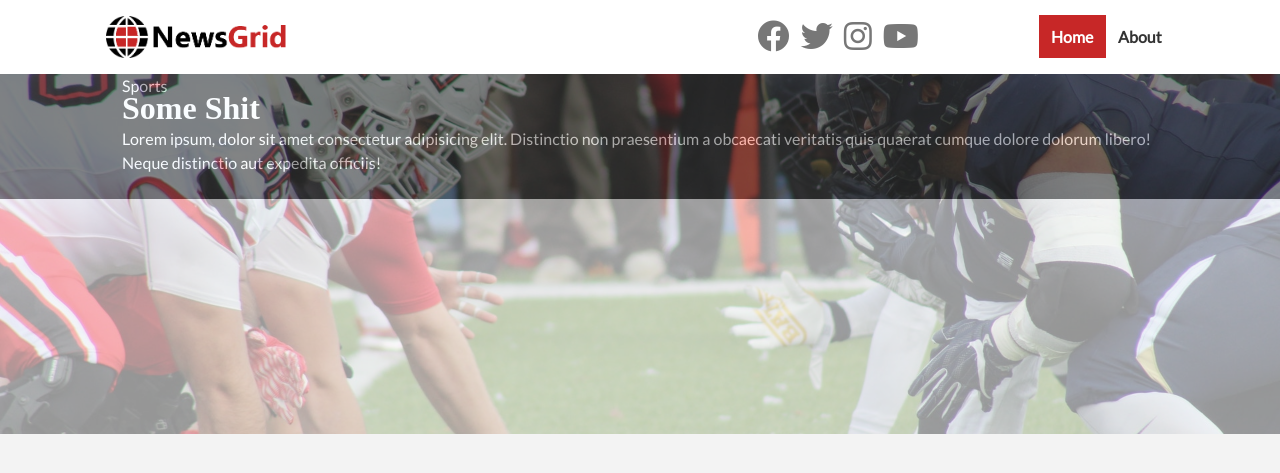
Repository: EswinGiova/NewsGrid
Page: index.html
An editor plug-in stored every save of this project. The page is shown before and after the next save, followed by the edit.
The browser window is 1280 px wide. The pictures show the whole page.
Some web libraries are served in a nearby version.

Above is the page before, as saved 2020-09-19 20:03:44.

After the next save:
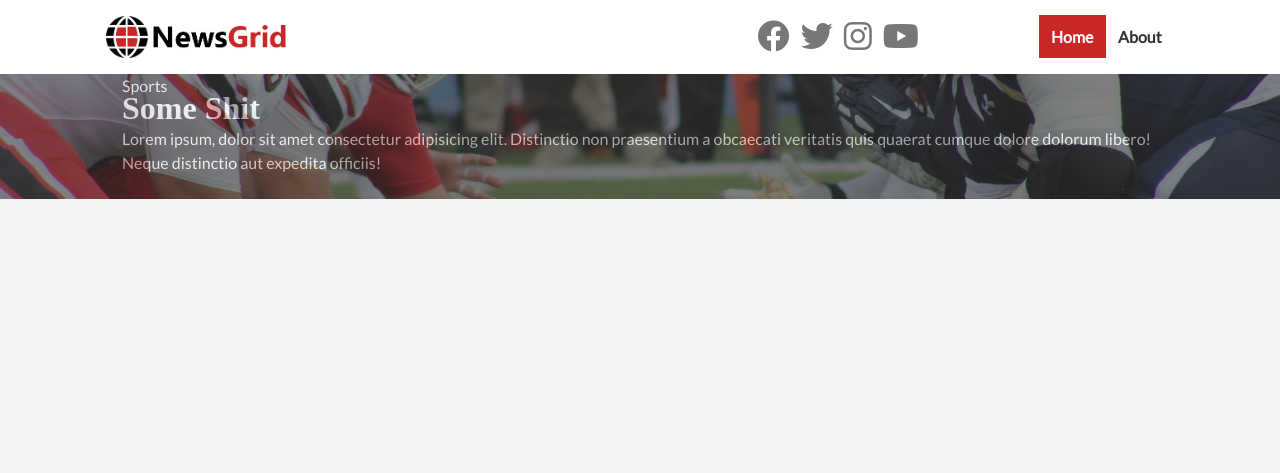
Saved 32 s later.
--- a/css/style.css
+++ b/css/style.css
@@ -116,6 +116,6 @@ h6 {
   top: 0;
   left: 0;
   width: 100%;
-  height: 50vh;
+  height: 100%;
   opacity: 0.4;
 }
